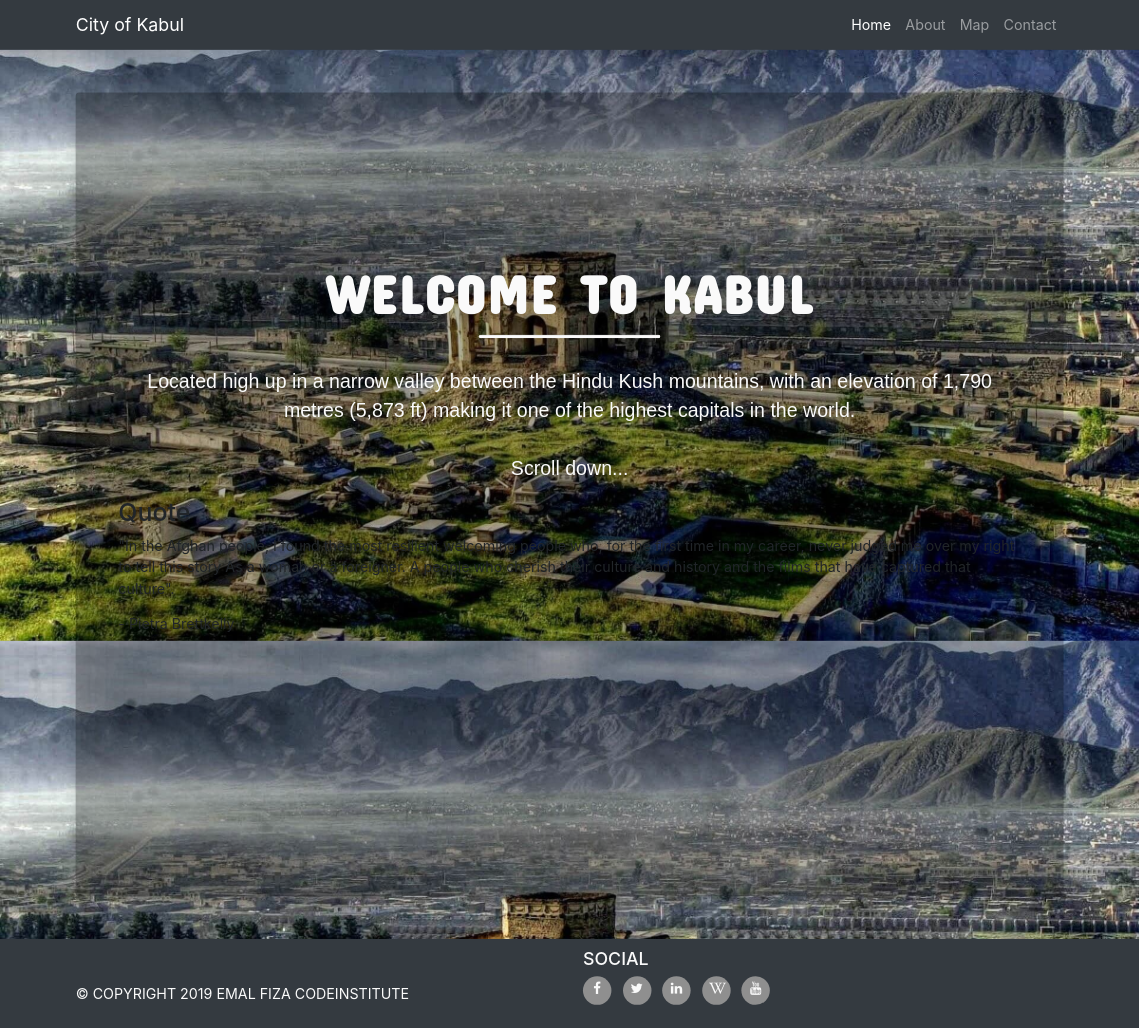
Repository: emalfiza/project-kabul
Page: index.html
The author's editor kept a record of every edit. The page is drawn from the files as they stood at one moment, then again after the next edit.
The browser window is 1280 px wide. The pictures show the whole page, at 89% of full size.
Backgrounds fixed to the window are drawn as part of the page. Some web fonts or font styles are not loaded; a fallback is used. Some web libraries are served in a nearby version.

Above is the page before.

### index.html
<!DOCTYPE html>
<html lang="en">

<head>
  <meta charset="UTF-8">
  <meta name="viewport" content="width=device-width, initial-scale=1.0">
  <meta http-equiv="X-UA-Compatible" content="ie=edge">
  <link rel="stylesheet" href="https://stackpath.bootstrapcdn.com/bootstrap/4.3.1/css/bootstrap.min.css" type="text/css" />
  <link rel="stylesheet" href="https://stackpath.bootstrapcdn.com/font-awesome/4.7.0/css/font-awesome.min.css" type="text/css" />
  <link rel="stylesheet" href="assets/css/style.css" type="text/css" />
  <title>City of Kabul</title>
</head>

<body id="body">
  <header>

    <!--Navbar for the landing page of city of kabul. It's a Bootstrap navbar-->

    <nav class="navbar navbar-expand-lg navbar-dark bg-dark static-top mb-5 shadow">
      <div class="container">
        <a class="navbar-brand" href="index.html">City of Kabul</a>
        <button class="navbar-toggler" type="button" data-toggle="collapse" data-target="#navbarResponsive" aria-controls="navbarResponsive" aria-expanded="false" aria-label="Toggle navigation">
          <span class="navbar-toggler-icon"></span>
        </button>
        <div class="collapse navbar-collapse" id="navbarResponsive">
          <ul class="navbar-nav ml-auto">
            <li class="nav-item active">
              <a class="nav-link" href="index.html">Home
                <span class="sr-only">(current)</span>
              </a>
            </li>
            <li class="nav-item">
              <a class="nav-link" href="about.html">About</a>
            </li>
            <li class="nav-item">
              <a class="nav-link" href="map.html">Map</a>
            </li>
            <li class="nav-item">
              <a class="nav-link" href="contact.html">Contact</a>
            </li>
          </ul>
        </div>
      </div>
    </nav>
  </header>

  <!--Page Content-->

  <section>
    <div class="container">
      <div class="card border-0 shadow my-5">
        <div class="card-body p-5">
          <div class="context">
            <h1>Welcome To Kabul</h1>
            <hr>
            <p>Located high up in a narrow valley between the Hindu Kush mountains, with an elevation of 1,790 metres (5,873 ft) making it one of the highest capitals in the world.</p>
            <p>Scroll down...</p>
          </div>
          <div class="quote" style="height: 400px">
            <h3>Quote</h3>
            <P>"In the Afghan people, I found the most resilient welcoming people who, for the first time in my career, never judged me over my right to tell this story
            As a woman or a foreigner. A people who cherish their culture and history and the films that have captured that culture".</P>
            <p>- Pietra Brettkelly</p>
          </div>
        </div>
      </div>
    </div>
  </section>

  <!--Footer-->

  <footer class="container-fluid footer">
    <div class="container">
      <div class="row">
        <div class="col-sm-6">
          <p class="uppercase general-sub special">&copy; Copyright 2019 Emal Fiza CodeInstitute</p>
        </div>
        <div class="col-sm-6">
          <h5 class="uppercase general-sub">Social</h5>
          <ul class="list-inline social-links">
            <li class="list-inline-item">
              <a target="_blank" href="https://www.facebook.com/places/Things-to-do-in-Kabul-Afghanistan/102164239825190/">
              <i class="fa fa-facebook" aria-hidden="true"></i>
              <span class="sr-only">Facebook</span>
            </a>
            </li>
            <li class="list-inline-item">
              <a target="_blank" href="https://twitter.com/kabulnewstv">
              <i class="fa fa-twitter" aria-hidden="true"></i>
              <span class="sr-only">Twitter</span>
            </a>
            </li>
            <li class="list-inline-item">
              <a target="_blank" href="#">
              <i class="fa fa-linkedin" aria-hidden="true"></i>
              <span class="sr-only">LinkedIn</span>
            </a>
            </li>
            <li class="list-inline-item">
              <a target="_blank" href="https://en.wikipedia.org/wiki/Kabul">
              <i class="fa fa-wikipedia-w" aria-hidden="true"></i>
              <span class="sr-only">Wikipedia</span>
            </a>
            </li>
            <li class="list-inline-item">
              <a target="_blank" href="https://www.youtube.com/watch?v=JuWQ4T8p5m0">
              <i class="fa fa-youtube" aria-hidden="true"></i>
              <span class="sr-only">YouTube</span>
            </a>
            </li>
          </ul>
        </div>
      </div>
    </div>

  </footer>
  <script src="https://code.jquery.com/jquery-3.2.1.slim.min.js" integrity="sha384-KJ3o2DKtIkvYIK3UENzmM7KCkRr/rE9/Qpg6aAZGJwFDMVNA/GpGFF93hXpG5KkN" crossorigin="anonymous"></script>
  <script src="https://cdnjs.cloudflare.com/ajax/libs/popper.js/1.12.9/umd/popper.min.js" integrity="sha384-ApNbgh9B+Y1QKtv3Rn7W3mgPxhU9K/ScQsAP7hUibX39j7fakFPskvXusvfa0b4Q" crossorigin="anonymous"></script>
  <script src="https://maxcdn.bootstrapcdn.com/bootstrap/4.0.0/js/bootstrap.min.js" integrity="sha384-JZR6Spejh4U02d8jOt6vLEHfe/JQGiRRSQQxSfFWpi1MquVdAyjUar5+76PVCmYl" crossorigin="anonymous"></script>
</body>

</html>

### assets/css/style.css
@import url('https://fonts.googleapis.com/css?family=Concert+One|Grenze&display=swap:100,200,300,400,500,600,700,800|Grenze:100,200,300,400,500,600,700,800');


/* --
,------.                  ,--.    ,------.,--.
|  .---',--,--,--. ,--,--.|  |    |  .---'`--',-----. ,--,--.
|  `--, |        |' ,-.  ||  |    |  `--, ,--.`-.  / ' ,-.  |
|  `---.|  |  |  |\ '-'  ||  |    |  |`   |  | /  `-.\ '-'  |
`------'`--`--`--' `--`--'`--'    `--'    `--'`-----' `--`--'


The bellow body css imported from the startbootstrap.com
for the full background image of the landing page---------------*/

#body {
  background: url("../images/kabul.jpg") no-repeat center center fixed;
  background-size: cover;
  -webkit-background-size: cover;
  -moz-background-size: cover;
  -o-background-size: cover;
}

.img-fluid {
  margin-bottom: 18px;
}

/* --Navbar-----------------------------------------------------*/

.navbar-brand {
  color: #fafafa;
}

/* --Heading-----------------------------------------------------*/

.context h1 {
  font-family: "Concert One", sans-serif;
  font-weight: bolder;
  text-align: center;
  letter-spacing: 2px;
  text-transform: uppercase;
  font-size: 60px;
  color: #fafafa;
  margin-bottom: 10px;
}

.context {
  margin-top: 14%;
}

.context p {
  font-family: "Grenze", sans-serif;
  font-size: 22px;
  color: #fafafa;
  text-align: center;
  margin-top: 32px;
}

.section-heading {
  font-family: "Concert One", sans-serif;
  text-align: center;
}

hr {
  width: 20%;
  display: block;
  margin-top: 0.5em;
  margin-bottom: 0.5em;
  margin-left: auto;
  margin-right: auto;
  border-style: double;
  border-width: 1px;
  border-radius: 2px;
  height: 2px;
  color: #fafafa;
  background-color: #fafafa;
}

.card {
  background-color: rgba(0, 0, 0, 0.3);
}

/* --Main content-----------------------------------------------*/

.section-paragraph {
  font-family: "Grenze", sans-serif;
  margin: 0 0 18px 0;
  text-align: justify;
  font-weight: 400;
  font-size: 22px;
  color: #4a4a4f;
}

.list-group {
  margin-bottom: 18px;
  padding: 0;
  font-family: "Concert One", sans-serif;
  font-weight: 600;
  color: #212529;
}

.info {
  font-family: "Concert One", sans-serif;
  color: #4a4a4f;
}

.contact {
  margin-top: 32px;
}

.message {
  width: 100%;
  height: 200px;
  border: 1px solid #ced4da;
  padding: .375rem .75rem;
  color: #495057;
  border-radius: .25rem;
}

.btn {
  margin-bottom: 22px;
}

/* --Map for the map page---------------------------------------*/

.map {
  margin: 0;
  padding: 0;
  height: 100vh;
}


/* --Form for the contact page----------------------------------*/

.form-control:focus {
  border-color: #DC3545;
  box-shadow: 0 0 0 0.2rem rgba(220,53,69,.25);
}

/* --Footer-----------------------------------------------------*/

footer {
  background-color: #343a40!important;
  color: #fafafa;
  min-height: 100px;
}

.footer {
  position: initial;
  left: 0;
  bottom: 0;
  width: 100%;
}

.uppercase {
  text-transform: uppercase;
}

/* --The font-family for the general-sub I copied from the bootsratp navbar "DevTool" of my home page
because I wanted my footer font family to match my navbar--*/

.general-sub {
  font-family: -apple-system, BlinkMacSystemFont, "Segoe UI", Roboto, "Helvetica Neue",
  Arial, "Noto Sans", sans-serif, "Apple Color Emoji", "Segoe UI Emoji", "Segoe UI Symbol", "Noto Color Emoji";
  margin-top: 10px;
}

.special {
  margin-left: 0px;
  margin-top: 50px;
}

.social-links {
  padding: 0;
}

.social-links li a i {
  position: relative;
  width: 32px;
  height: 32px;
  padding: 8px;
  border-radius: 50%;
  font-size: 15px;
  line-height: 12px;
  text-align: center;
  color: #fafafa;
  background-color: #8f8f8f;
  transition: all 0.40s ease-in-out;
  -moz-transition: all 0.40s ease-in-out;
  -webkit-transition: all 0.40s ease-in-out;
  -o-transition: all 0.40s ease-in-out;
}

.social-links li a i:hover {
  background-color: #252525;
}

After the next edit:
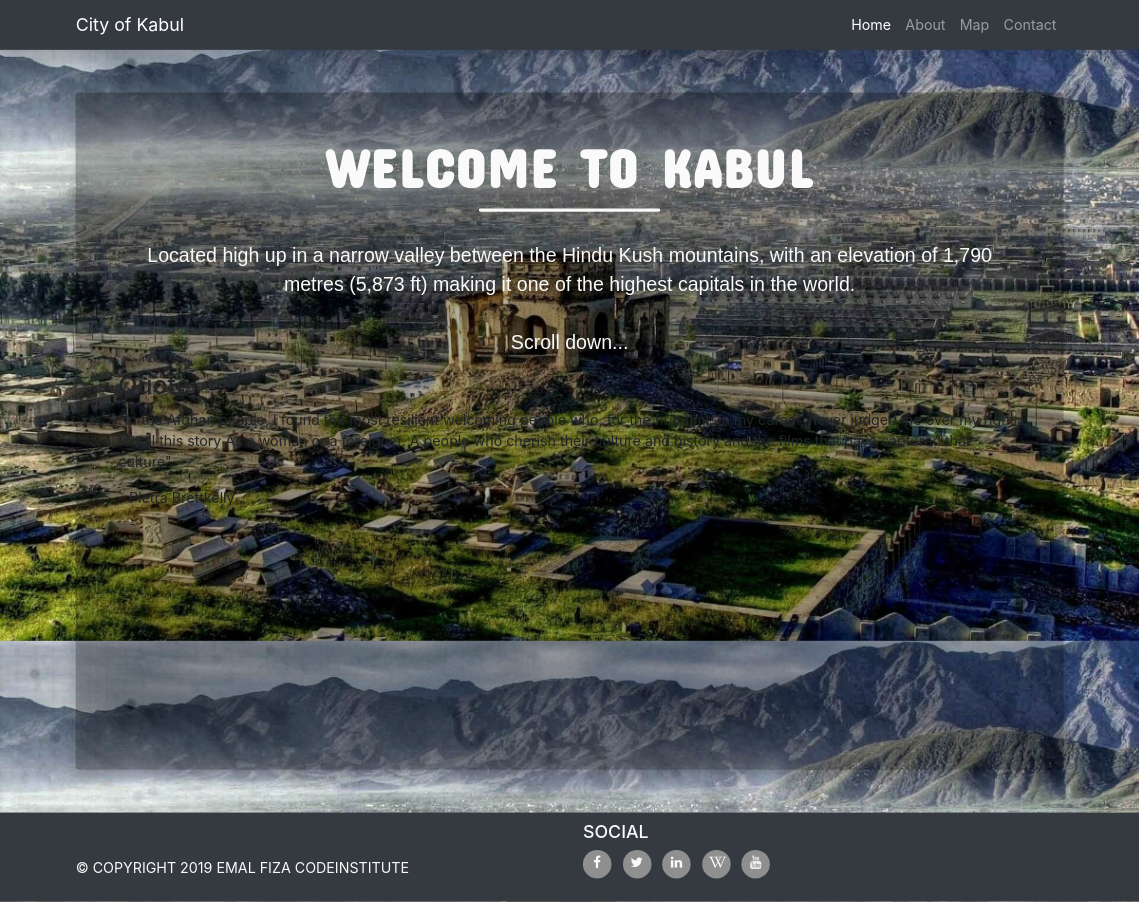
The edit:
--- a/assets/css/style.css
+++ b/assets/css/style.css
@@ -41,10 +41,6 @@
   font-size: 60px;
   color: #fafafa;
   margin-bottom: 10px;
-}
-
-.context {
-  margin-top: 14%;
 }
 
 .context p {

After the edit that followed:
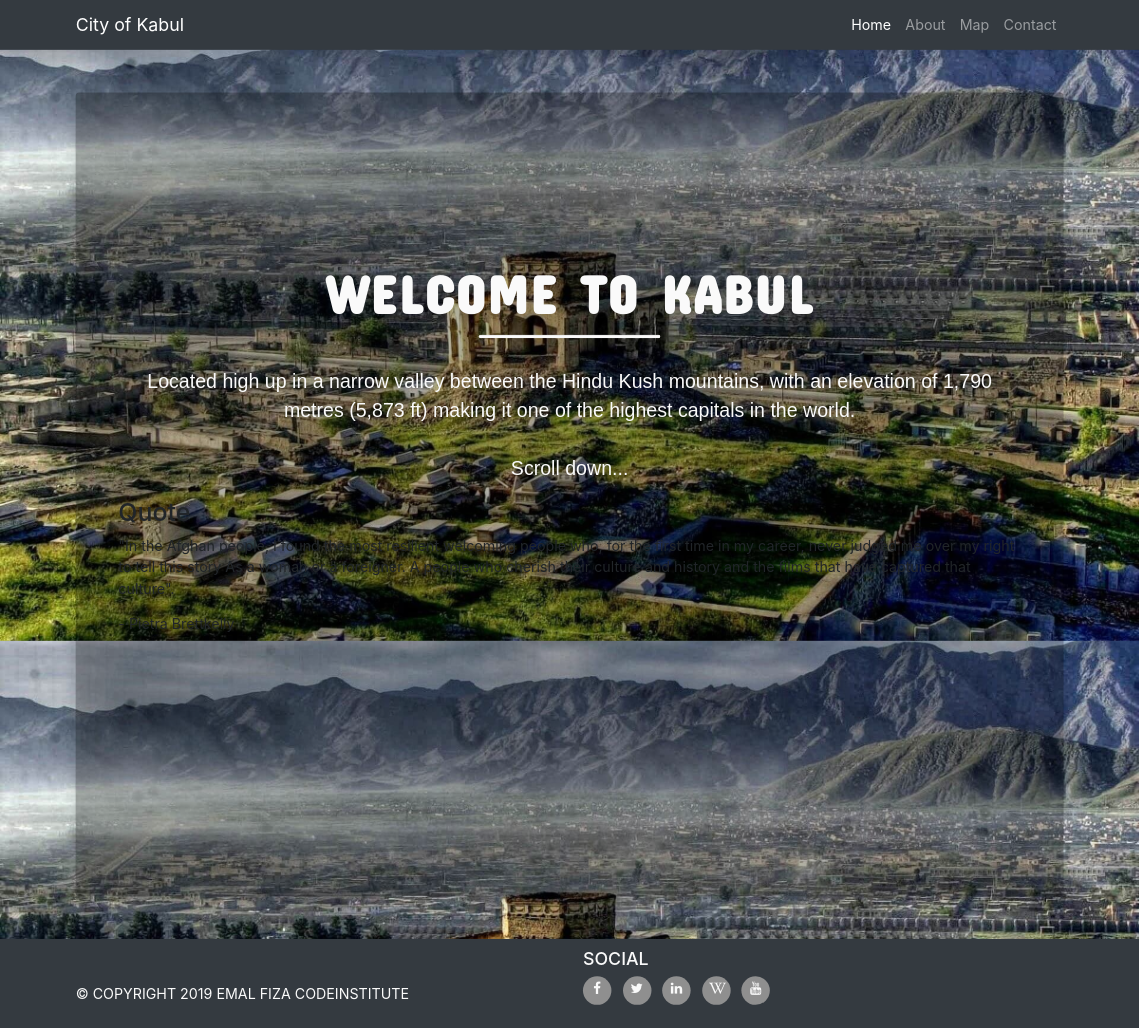
The edit:
--- a/assets/css/style.css
+++ b/assets/css/style.css
@@ -31,6 +31,10 @@
 }
 
 /* --Heading-----------------------------------------------------*/
+
+.context {
+  margin-top: 14%;
+}
 
 .context h1 {
   font-family: "Concert One", sans-serif;
